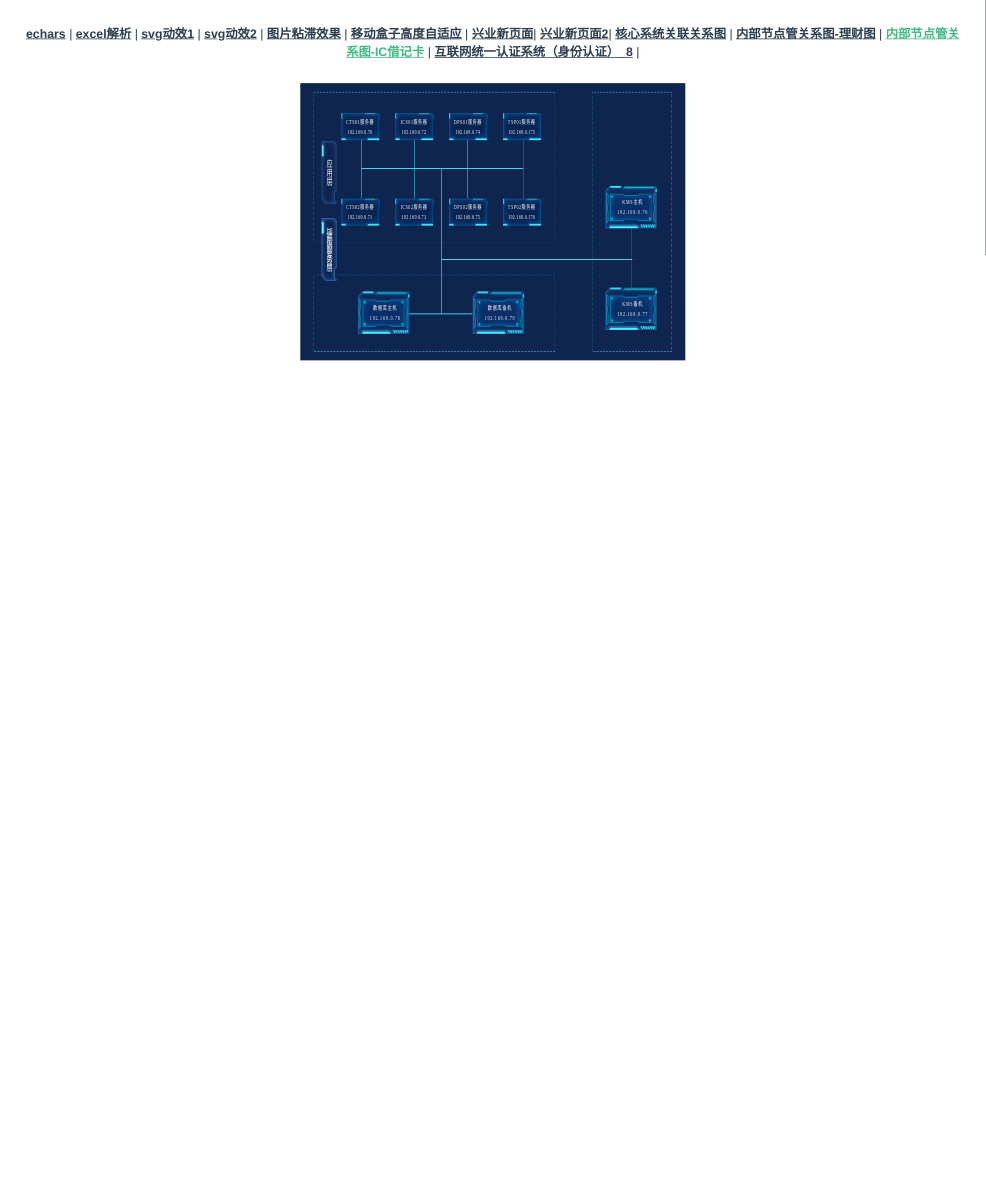
Repository: dmj199811/animation-dmj
Page: /#/work-page7
These files come from the project's save history. The page is drawn as it stood at one moment and after the next save; the edit follows.
The browser window is 1280 px wide. The pictures show the whole page, at 77% of full size.
The project was rebuilt for these pictures with package versions that can differ from the ones it lists, and the page was loaded fresh each time.

Above is the page before, as saved 2020-07-05 14:12:49.

### src/App.vue
<template>
  <div id="app">
    <div id="nav"
         v-if="this.$store.state.pageShow">
      <router-link to="/">echars</router-link> |
      <router-link to="/xlsx-example">excel解析</router-link> |
      <router-link to="/svg-example1">svg动效1</router-link> |
      <router-link to="/svg-example2">svg动效2</router-link> |
      <router-link to="/work-message">图片粘滞效果</router-link> |
      <router-link to="/work-page2">移动盒子高度自适应</router-link> |
      <router-link to="/work-page3">兴业新页面</router-link>|
      <router-link to="/work-page4">兴业新页面2</router-link>|
      <router-link to="/work-page5">核心系统关联关系图</router-link> |
      <router-link to="/work-page6">内部节点管关系图-理财图</router-link> |
      <router-link to="/work-page7">内部节点管关系图-IC借记卡</router-link> |
      <router-link to="/work-page8">互联网统一认证系统（身份认证）_8</router-link> |
    </div>
    <router-view />
  </div>
</template>

<style lang="less">
body {
  margin: 0;
}
#app {
  font-family: Avenir, Helvetica, Arial, sans-serif;
  -webkit-font-smoothing: antialiased;
  -moz-osx-font-smoothing: grayscale;
  text-align: center;
  color: #2c3e50;
}

#nav {
  padding: 30px;

  a {
    font-weight: bold;
    color: #2c3e50;

    &.router-link-exact-active {
      color: #42b983;
    }
  }
}
</style>

### src/router/index.js
import Vue from 'vue'
import VueRouter from 'vue-router'

Vue.use(VueRouter)

const routes = [
  {
    path: '/',
    redirect: '/circle-echarts',
  },
  {
    path: '/circle-echarts',
    name: 'ani2',
    component: () => import('../views/circle-echarts/index.vue')
  },
  {
    path: '/xlsx-example',
    name: 'xlsx1',
    component: () => import('../views/xlsx1/index.vue')
  },
  {
    path: '/svg-example1',
    name: 'svg1',
    component: () => import('../views/svg1/index.vue')
  },
  {
    path: '/svg-example2',
    name: 'svg2',
    component: () => import('../views/svg2/index.vue')
  },
  {
    path: '/work-message',
    name: 'message1',
    component: () => import('../views/work/message/index.vue')
  },
  {
    path: '/work-page2',
    name: 'show1',
    component: () => import('../views/work/show1/index.vue')
  },
  {
    path: '/work-page3',
    name: 'show2',
    component: () => import('../views/newPage/index.vue')
  },
  {
    path: '/work-page4',
    name: 'show2',
    component: () => import('../views/newPage2/index.vue')
  },
  {
    path: '/work-page5',
    name: 'show3',
    component: () => import('../views/newPage3/index.vue')
  },
  {
    path: '/work-page6',
    name: 'show4',
    component: () => import('../views/newPage4/index.vue')
  },
  {
    path: '/work-page7',
    name: 'show5',
    component: () => import('../views/newPage5/index.vue')
  },
  {
    path: '/work-page8',
    name: 'show6',
    component: () => import('../views/newPage6/index.vue')
  },
]

const router = new VueRouter({
  routes
})

export default router

### src/views/newPage5/index.vue
<template>
  <div class="box">
    <div class="use-box">
      <div class="use-box-bg">


        <div class="deal-server pos1">
            <div class="deal-server-item">
              <div>CTS01服务器</div>
              <div>192.169.0.70</div>
            </div>
        </div>
        <div class="deal-server pos2">
          <div class="deal-server-item">
            <div>CTS02服务器</div>
            <div>192.169.0.71</div>
          </div>
        </div>
        <div class="deal-server pos3">
            <div class="deal-server-item">
              <div>ICS01服务器</div>
              <div>192.169.0.72</div>
            </div>
          </div>
        <div class="deal-server pos4">
            <div class="deal-server-item">
              <div>ICS02服务器</div>
              <div>192.169.0.73</div>
            </div>
          </div>
        <div class="deal-server pos5">
            <div class="deal-server-item">
              <div>DPS01服务器</div>
              <div>192.169.0.74</div>
            </div>
        </div>
        <div class="deal-server pos6">
            <div class="deal-server-item">
              <div>DPS02服务器</div>
              <div>192.169.0.75</div>
            </div>
        </div>
        <div class="deal-server pos7">
            <div class="deal-server-item">
              <div>TSP01服务器</div>
              <div>192.169.0.175</div>
            </div>
        </div>
        <div class="deal-server pos8">
            <div class="deal-server-item">
              <div>TSP02服务器</div>
              <div>192.169.0.176</div>
            </div>
        </div>

        <!-- 数据库主机 -->
        <div class="db-device">
          <div class="batch batch-pos1">
            <div class="batch-item ">
              <div>数据库主机</div>
              <div>192.169.0.78</div>
            </div>
          </div>
          <div class="batch batch-pos2">
            <div class="batch-item ">
              <div>数据库备机</div>
              <div>192.169.0.79</div>
            </div>
          </div>
          <div class="batch batch-pos3">
            <div class="batch-item ">
              <div>KMS主机</div>
              <div>192.169.0.76</div>
            </div>
          </div>
          <div class="batch batch-pos4">
            <div class="batch-item ">
              <div>KMS备机</div>
              <div>192.169.0.77</div>
            </div>
          </div>
        </div>

        <!-- 层 -->
        <div class="layer-all">
          <div class="layer layer-pos1">
            <div class="layer-item">
              <div>应用层</div>
            </div>
          </div>
          <div class="layer layer-pos2">
            <div class="layer-item">
              <div>数据库层</div>
            </div>
          </div>
          <div class="layer layer-pos2">
            <div class="layer-item">
              <div>加密服务层</div>
            </div>
          </div>
        </div>

      </div>
    </div>
  </div>
</template>
<script>
export default {
  data () {
    return {}
  },
  mounted () {
    this.fullScreen()
    let a = {
      'ATM系统': 'N',
      '网上银行域': 'E',
      'IC借记卡系统': 'N',
      'CFP系统': 'W',
      '电话银行域': 'E',
      '金卡系统': 'N',
      '零售信贷系统': 'W',
      '联机交易转发平台': 'N',
      '核心联机交易平台': 'E',
      'OFEP': 'W',
      '会计辅助管理系统': 'W',
      '业务策略管控平台': 'E',
      '历史检索系统': 'N',
      '企业数据集成平台': 'N',
      '银联数据综合前置系统': 'E',
      '理财卡外包制卡系统': 'W',
      '数据仓库系统': 'E',
      '统一报表系统': 'W',
      '企业CRM系统': 'N'
    }

    this.dataToArray(a)
    window.onresize = () => {
      this.fullScreen()
    }
  },
  methods: {
    fullScreen () {
      $('.box').css('transform', `scale(${document.documentElement.clientWidth / 3840},${document.documentElement.clientHeight / 1440})`)
    },
    dataToArray (data) {

    }
  }
}
</script>
<style lang="less" scoped>
.box {
  text-align: left;
  transform-origin: 0 0;
  width: 3840px;
  height: 1440px;
}
.use-box {
  font-size: 18px;
  width: 1500px;
  box-sizing: border-box;
  height: 720px;
  background: #0e2550;
  margin: 0 auto;
  color: white;
}
.use-box div {
  box-sizing: border-box;
}

.use-box-bg {
  width:  100%;
  height: 100%;
  background-image: url(./img/bg-line1.png);
  background-size: 100% 100%;
  position: relative;
}
.deal-server {
  width:  150px;
  height: 70px;
  background-image: url(./img/leftBlue.png);
  background-size: 100% 100%;
  overflow: hidden;


}

.deal-server-item {
  // width:192px;
  // height:60px;
  font-size:16px;
  font-family:Adobe Heiti Std;
  font-weight:normal;
  color:rgba(255,255,255,1);
  line-height:25px;
  letter-spacing: 2px;
  text-align: center;
  margin-top: 10px;
  margin-left: -5px;
}

.deal-server-item > div:nth-child(2) {
  letter-spacing: 1px;
}
.pos1 {
  position: absolute;
  top: 78px;
  left: 160px;
}
.pos2 {
  position: absolute;
  top: 300px;
  left: 160px;
}
.pos3 {
  position: absolute;
  top: 78px;
  left: 370px;
}
.pos4 {
  position: absolute;
  top: 300px;
  left: 370px;
}
.pos5 {
  position: absolute;
  top: 78px;
  left: 580px;
}
.pos6 {
  position: absolute;
  top: 300px;
  left: 580px;
}
.pos7 {
  position: absolute;
  top: 78px;
  left: 790px;
}
.pos8 {
  position: absolute;
  top: 300px;
  left: 790px;
}

.batch {
  width:  200px;
  height: 110px;
  background-image: url(./img/rightBlue.png);
  background-size: 100% 100%;
  overflow: hidden;
}

.batch-item {
  width:192px;
  height:60px;
  font-size:16px;
  font-family:Adobe Heiti Std;
  font-weight:normal;
  color:rgba(255,255,255,1);
  line-height:25px;
  letter-spacing: 3px;
  text-align: center;
  margin-top: 30px;
  margin-left: 10px;
}

.batch-pos1 {
  position: absolute;
  top: 541px;
  left: 225px;
}
.batch-pos2 {
  position: absolute;
  top: 541px;
  left: 672px;
}
.batch-pos3 {
  position: absolute;
  top: 267px;
  left: 1189px;
}
.batch-pos4 {
  position: absolute;
  top: 531px;
  left: 1189px;
}

.layer {
  background-image: url(./img/side-blue.png);
  background-size: 100% 100%;
  width: 64px;
  height: 168px;
  display: flex;
  text-align: center;
}
.layer-item {
  line-height: 24px;
  font-size:24px;
  writing-mode: vertical-lr;/*从左向右 从右向左是 writing-mode: vertical-rl;*/
  writing-mode: tb-lr;/*IE浏览器的从左向右 从右向左是 writing-mode: tb-rl；*/
  margin-left: 20px;
}
.layer-pos1 {
  position: absolute;
  top: 148px;
  left: 80px;
}
.layer-pos2 {
  position: absolute;
  top: 348px;
  left: 80px;
}


</style>

Loaded but not shown: public/index.html (common file); src/main.js (common file); src/store/index.js (common file)

After the next save:
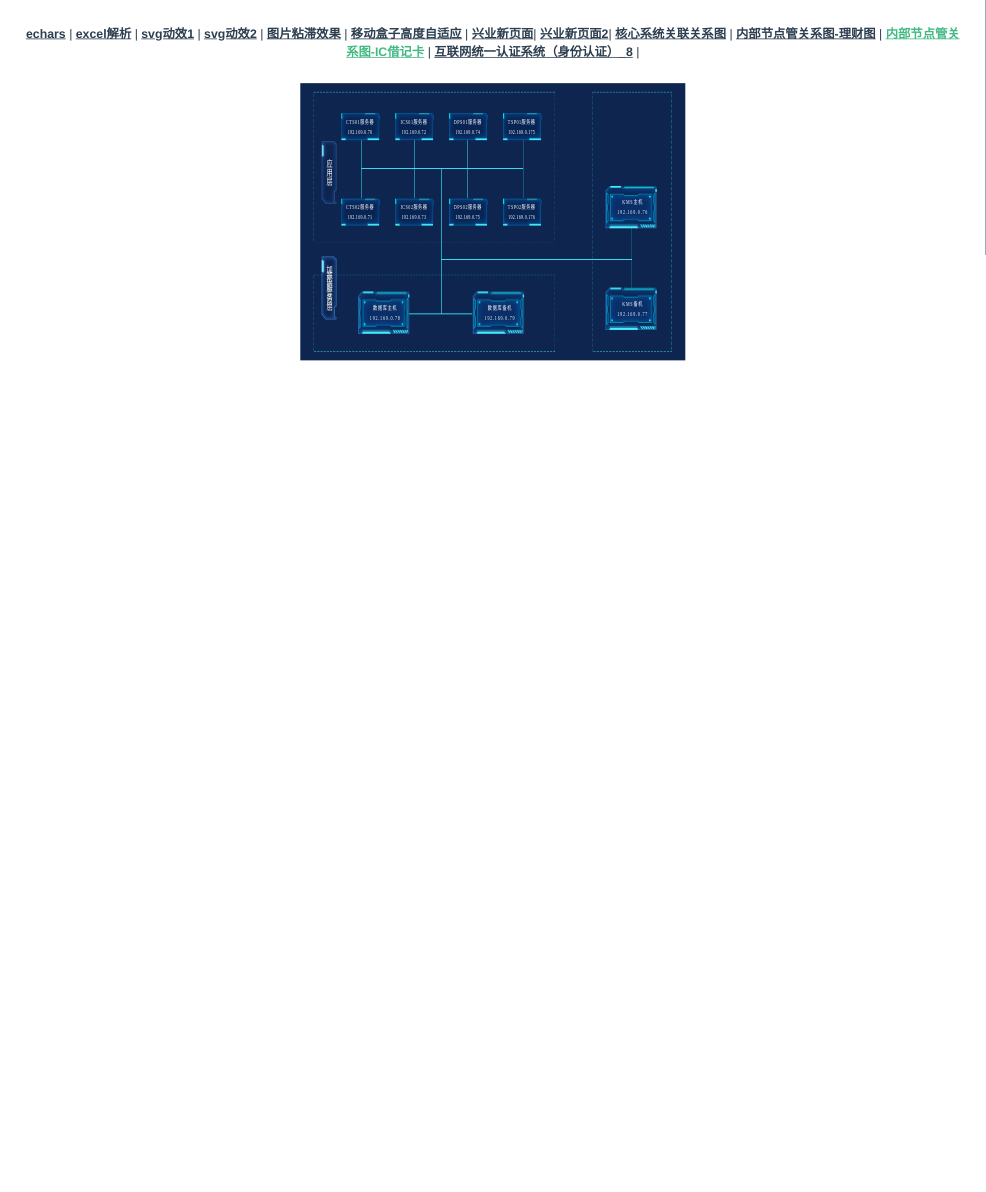
Saved 5 s later.
--- a/src/views/newPage5/index.vue
+++ b/src/views/newPage5/index.vue
@@ -308,7 +308,7 @@ export default {
 }
 .layer-pos2 {
   position: absolute;
-  top: 348px;
+  top: 448px;
   left: 80px;
 }
 
